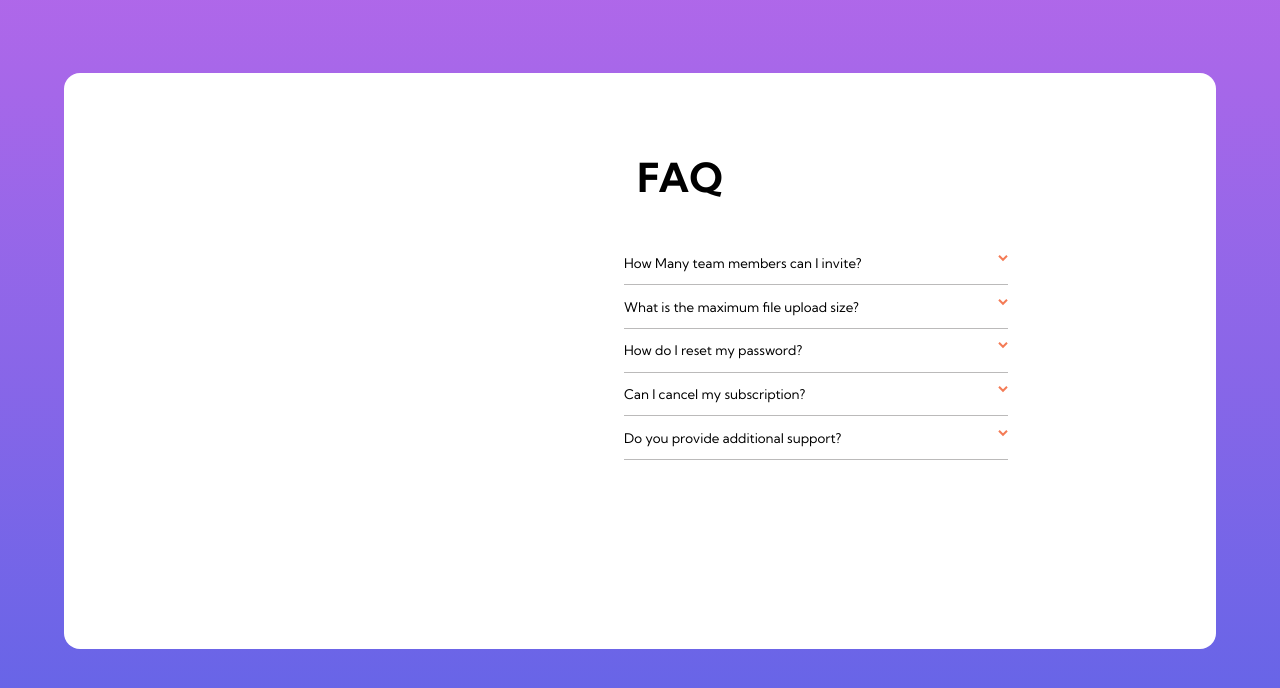
Repository: ryanwilll/ProjetoFAQ
Page: index.html
An editor plug-in stored every save of this project. The page is shown before and after a run of saves, followed by the edit.
The browser window is 1280 px wide. The pictures show the whole page.

Above is the page before, as saved 2022-10-27 20:14:22.

After the next 3 saves:
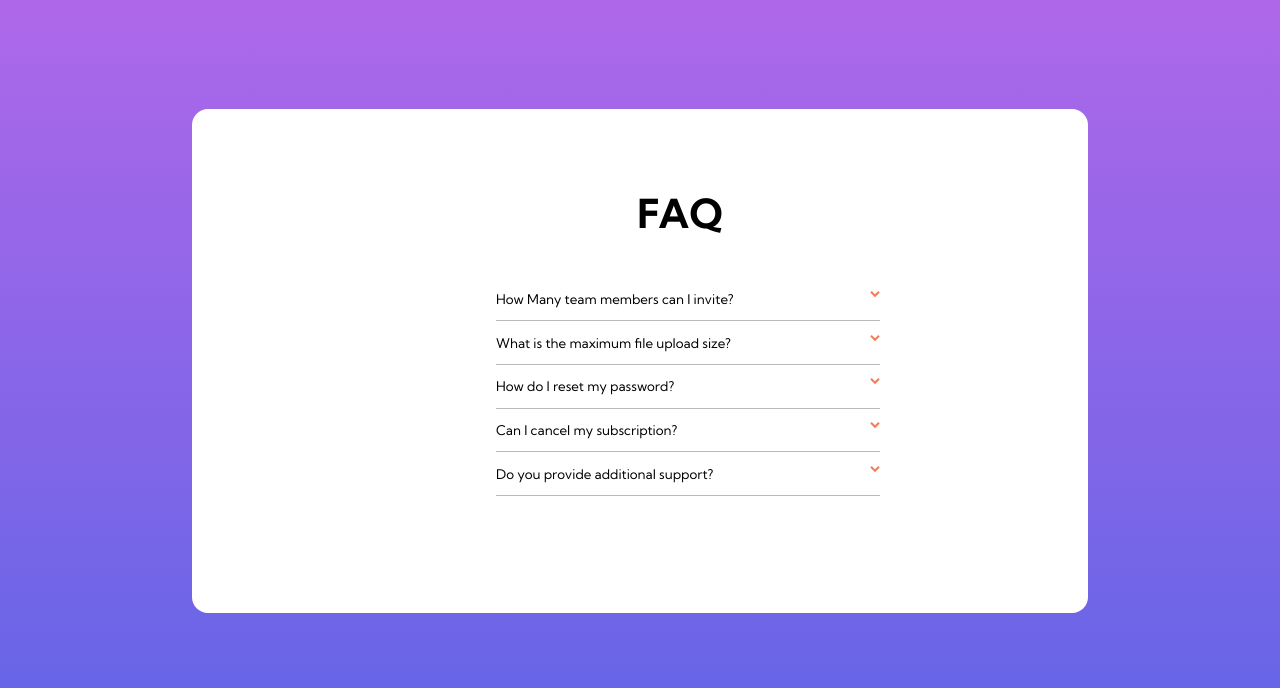
The 3 saves are shown as one change because they came seconds apart.
The last was saved 25 s later.
--- a/css/allmedia.css
+++ b/css/allmedia.css
@@ -129,8 +129,8 @@
   }
   .card-white {
     background-color: white;
-    height: 80vh;
-    width: 90vw;
+    height: 70vh;
+    width: 70vw;
     margin: 8em auto 0.4em auto;
     border-radius: 1em;
     padding-bottom: 5em;
